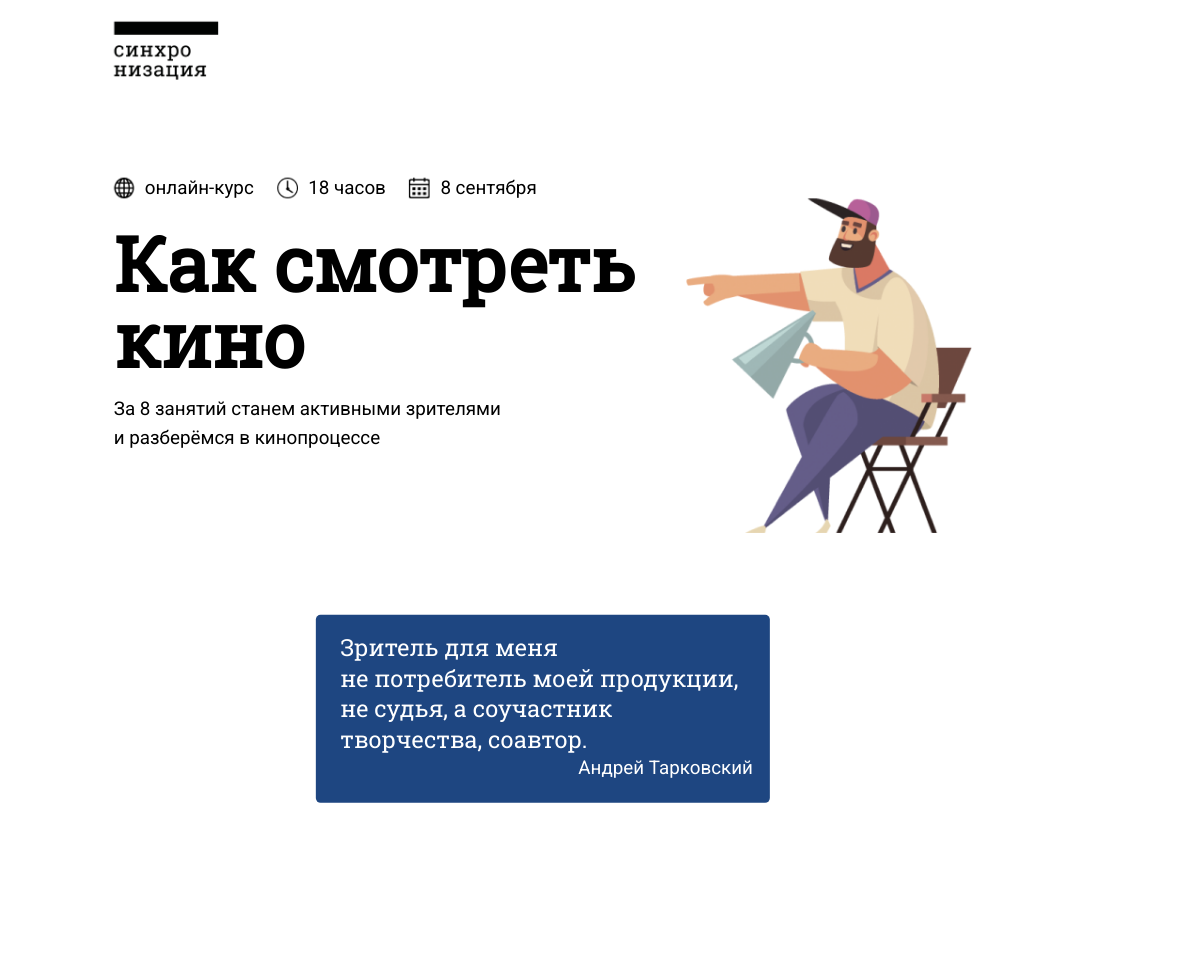
Repository: NatiqSamiyev/fiqma-task-top
Page: index.html
The author's editor kept a copy of each file at every save. The page is drawn from the files as they stood at one save, then again after a run of saves.
The browser window is 1280 px wide. The pictures show the whole page, at 94% of full size.

Above is the page before, as saved 2023-08-16 15:39:42.

### index.html
<!DOCTYPE html>
<html lang="en">
  <head>
    <meta charset="UTF-8" />
    <meta name="viewport" content="width=device-width, initial-scale=1.0" />
    <link rel="stylesheet" href="index.css" />
    <title>Document</title>
  </head>
  <body>
    <div class="container">
      <img src="./images/logo_mobile_black 1.png" alt="" />

      <ul>
        <li>
          <img src="./images/globe.png" alt="" />
          <p>онлайн-курс</p>
        </li>

        <li>
          <img src="./images/img_135744.png" alt="" />
          <p>18 часов</p>
        </li>

        <li>
          <img src="./images/calendar_2.png" alt="" />
          <p>8 сентября</p>
        </li>
      </ul>

      <div class="top-container">
        <div class="text-container">
          <h1>Как смотреть кино</h1>
          <br />
          <p>
            За 8 занятий станем активными зрителями<br />
            и разберёмся в кинопроцессе
          </p>
        </div>


          <img src="./images/noroot 1.png" alt="" />

      </div>

      <div class="bottum-container">
        <p>
          Зритель для меня
          <br />не потребитель моей продукции, не судья, а соучастник
          творчества, соавтор.
        </p>

        <h2>Андрей Тарковский</h2>
      </div>
    </div>
  </body>
</html>

### index.css
@import url("https://fonts.googleapis.com/css2?family=Roboto+Slab&family=Roboto:wght@400;700&display=swap");
* {
  margin: 0;
  padding: 0;
  box-sizing: border-box;
}

.container {
  width: 100%;
  padding: 21px 246px 173px 121px;
}

.container ul {
  margin-top: 97px;
  display: flex;

}
.container ul li{
  list-style-type: none;
  margin-right: 25px;
  display: flex;
 align-items: center;
}

.container ul img {
  width: 22px;
  height: 22px;
}

.container ul li p {
  margin-left: 11px;
  color: #000;
font-family: Roboto;
font-size: 20px;
font-style: normal;
font-weight: 400;
line-height: 115%;
}

.top-container {
  display: flex;
  justify-content: space-between;
}

.text-container {
  width: 628px;
  margin-top: 29px;
}

.text-container h1 {
  color: #000;
  font-family: Roboto Slab;
  font-size: 80px;
  font-style: normal;
  font-weight: 700;
  line-height: 101.385%;
}

.text-container p {
  color: #000;
  font-family: Roboto;
  font-size: 20px;
  font-style: normal;
  font-weight: 400;
  line-height: 150%;
}

.box-2 img {
  width: 304px;
  height: 356px;
  /* margin-left: 140px; */
}

.bottum-container {
  padding: 19px 18px 0 26px;
  width: 483px;
  height: 200px;
  margin: auto;
  margin-top: 87px ;
  border-radius: 5px;
  background: #1e4681;
}

.bottum-container p {
  color: #fff;
  font-family: Roboto Slab;
  font-size: 25px;
  font-style: normal;
  font-weight: 400;
  line-height: 130%;
}

.bottum-container h2 {
  color: #fff;
  text-align: right;
  font-family: Roboto;
  font-size: 20px;
  font-style: normal;
  font-weight: 400;
  line-height: 130%;
}

After the next 2 saves:
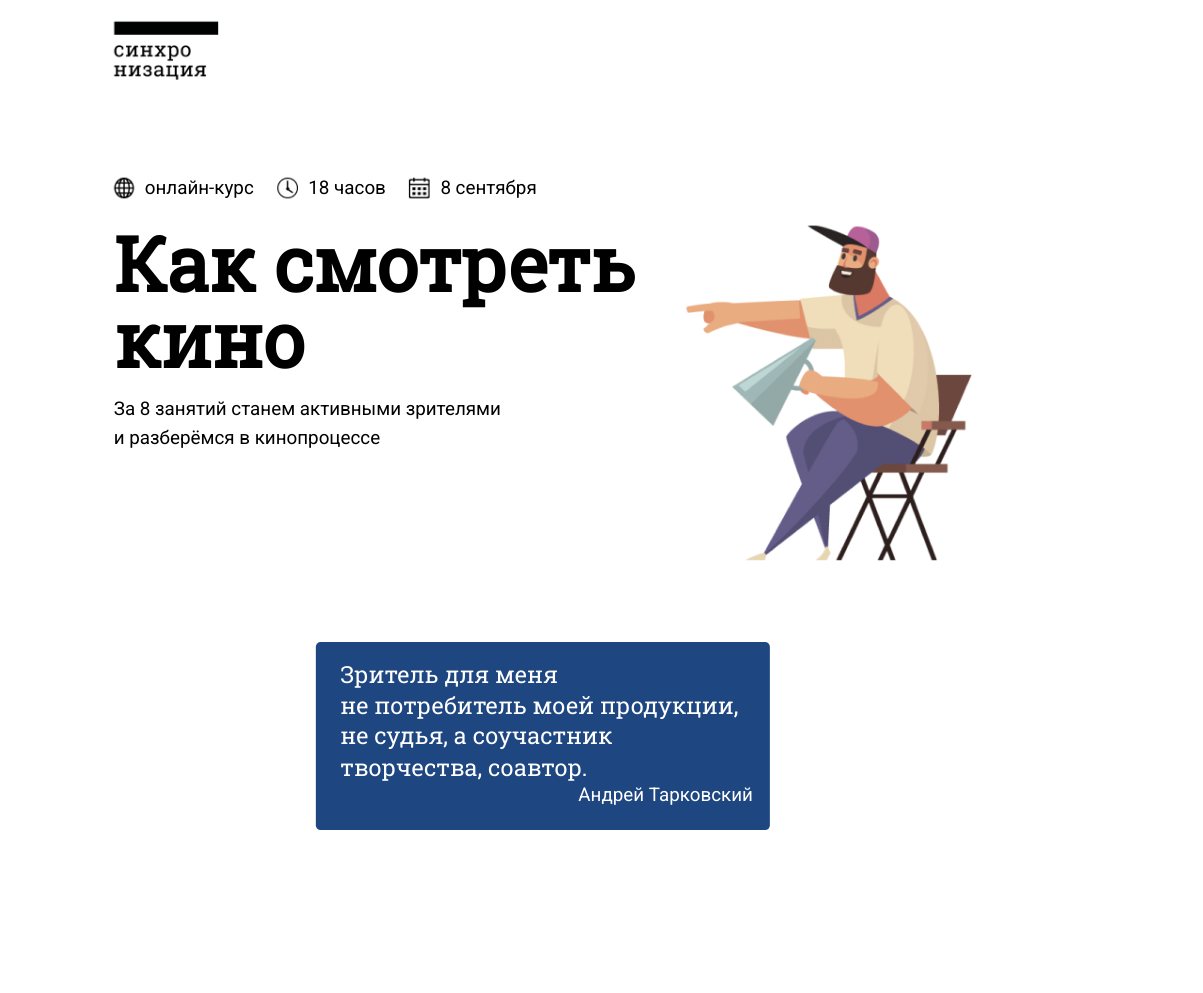
The 2 saves are shown as one change because they came seconds apart.
The last was saved 32 s later.
--- a/index.css
+++ b/index.css
@@ -38,13 +38,14 @@ line-height: 115%;
 }
 
 .top-container {
+  margin-top: 29px;
   display: flex;
   justify-content: space-between;
 }
 
 .text-container {
   width: 628px;
-  margin-top: 29px;
+
 }
 
 .text-container h1 {
